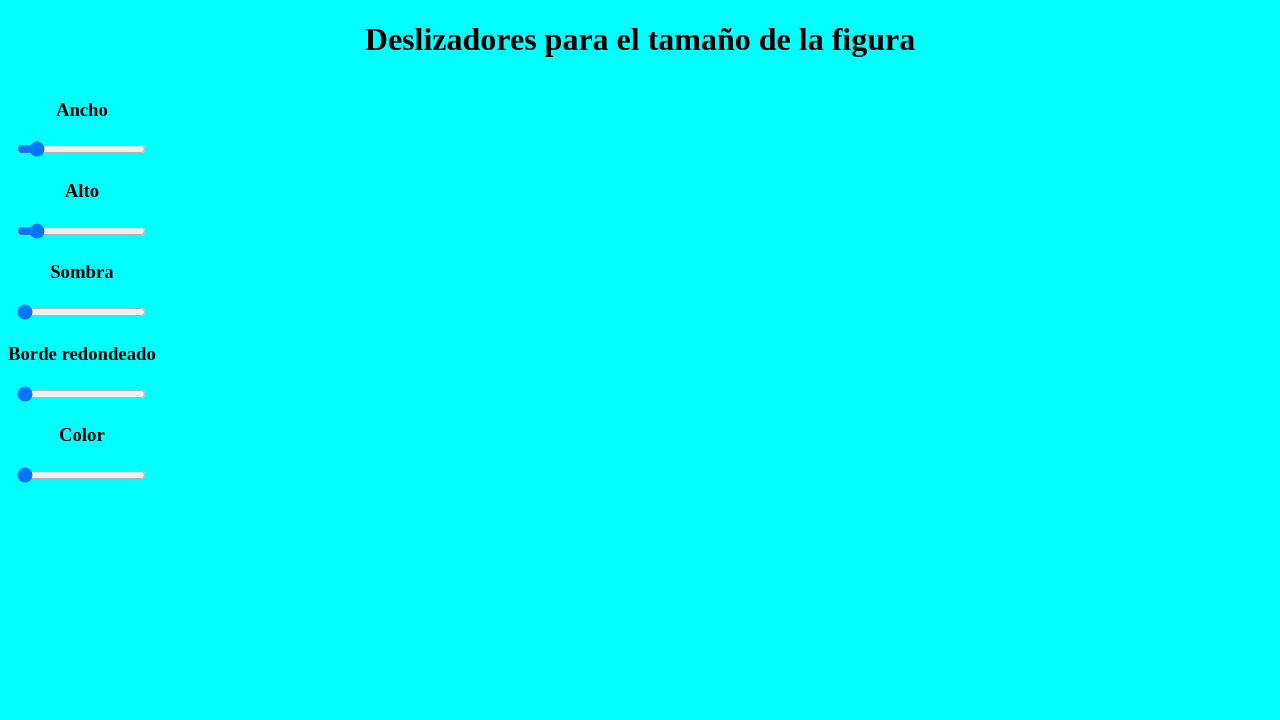
Repository: Kevin8548/Ejercicios-DOM
Page: Deslizador.html
These files come from the project's save history. The page is drawn as it stood at one moment and after the next save; the edit follows.
The browser window is 1280 px wide. The pictures show the whole page.

Above is the page before, as saved 2024-10-09 00:33:33.

### Deslizador.html
<!DOCTYPE html>
<html lang="es">
<head>
    <meta charset="UTF-8">
    <meta name="viewport" content="width=device-width, initial-scale=1.0">
    <title>Deslizadores</title>
    <link rel="stylesheet" href="deslizadores.css">
</head>
<body>
    <h1>Deslizadores para el tamaño de la figura</h1>
    <div class="si">
        <h3>Ancho</h3>
        <input type="range" id="sliderAncho" min="0" max="1000" value="100" step="1">
        <h3>Alto</h3>
        <input type="range" id="sliderAlto" min="0" max="1000" value="100" step="1">
        <h3>Sombra</h3>
        <input type="range" id="sliderSombra" min="0" max="500" value="0" step="1">
        <h3>Borde redondeado</h3>
        <input type="range" id="sliderEsquina" min="0" max="50" value="0" step="1">
        <h3>Color</h3>
        <input type="range" id="sliderColor" min="0" max="360" value="0" step="1">


    </div>
    <div class="div"></div>

    <script src="./colorsbg/deslizador.js"></script>
</body>
</html>

### deslizadores.css
body {
    background-color: aqua;
    text-align: center;
}

.div {
    width: 100px;
    height: 100px;

    margin: 0 auto;
}

.si{
    float:left

}

### colorsbg/deslizador.js
const sliderAncho = document.getElementById('sliderAncho');
const sliderAlto = document.getElementById('sliderAlto');
const sliderBorde = document.getElementById('sliderBorde');
const sliderSombra = document.getElementById('sliderSombra');
const sliderEsquina = document.getElementById('sliderEsquina');
const sliderColor = document.getElementById('sliderColor');
const div = document.querySelector('.div');

sliderAncho.addEventListener('input', function() {
    const nuevoAncho = sliderAncho.value + 'px';
    div.style.width = nuevoAncho;
});

sliderAlto.addEventListener('input', function() {
    const nuevoAlto = sliderAlto.value + 'px';
    div.style.height = nuevoAlto;
});

sliderSombra.addEventListener('input', function() {
    const sombra = sliderSombra.value + 'px';
    div.style.boxShadow = `0 0 ${sombra} rgba(0, 0, 0, 100)`;
});

sliderEsquina.addEventListener('input', function() {
    div.style.borderRadius = `${sliderEsquina.value}px`;

    sliderColor.addEventListener('input', () => {
        div.style.backgroundColor = `hsl(${sliderColor.value}, 100%, 50%)`;
    });
});

After the next save:
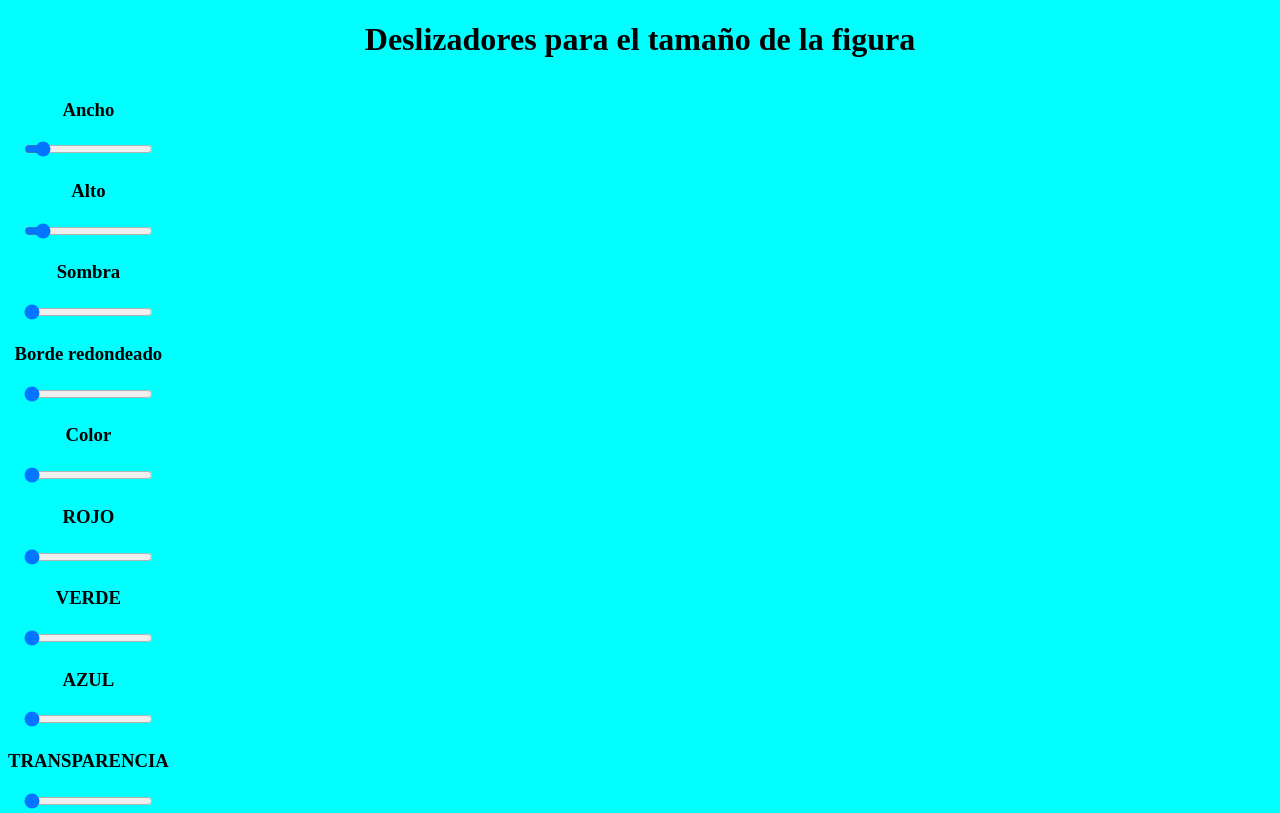
Saved 32 s later.
--- a/Deslizador.html
+++ b/Deslizador.html
@@ -20,7 +20,18 @@
         <h3>Color</h3>
         <input type="range" id="sliderColor" min="0" max="360" value="0" step="1">
 
-
+    <h3>ROJO</h3>
+    <input type="range" id="Rojo" min="0" max="255" value="0" step="1" oninput="nuevoColor()">
+    <span id="RojoValue"></span>
+    <h3>VERDE</h3>
+    <input type="range" id="Verde" min="0" max="255" value="0" step="1" oninput="nuevoColor()">
+    <span id="VerdeValue"></span>
+    <h3>AZUL</h3>
+    <input type="range" id="Azul" min="0" max="255" value="0" step="1" oninput="nuevoColor()">
+    <span id="AzulValue"></span>
+    <h3>TRANSPARENCIA</h3>
+    <input type="range" id="Transparencia" min="0" max="1" value="0" step="0.01" oninput="nuevoColor()">
+    <span id="TransparenciaValue"></span>
     </div>
     <div class="div"></div>
 

After the save that followed:
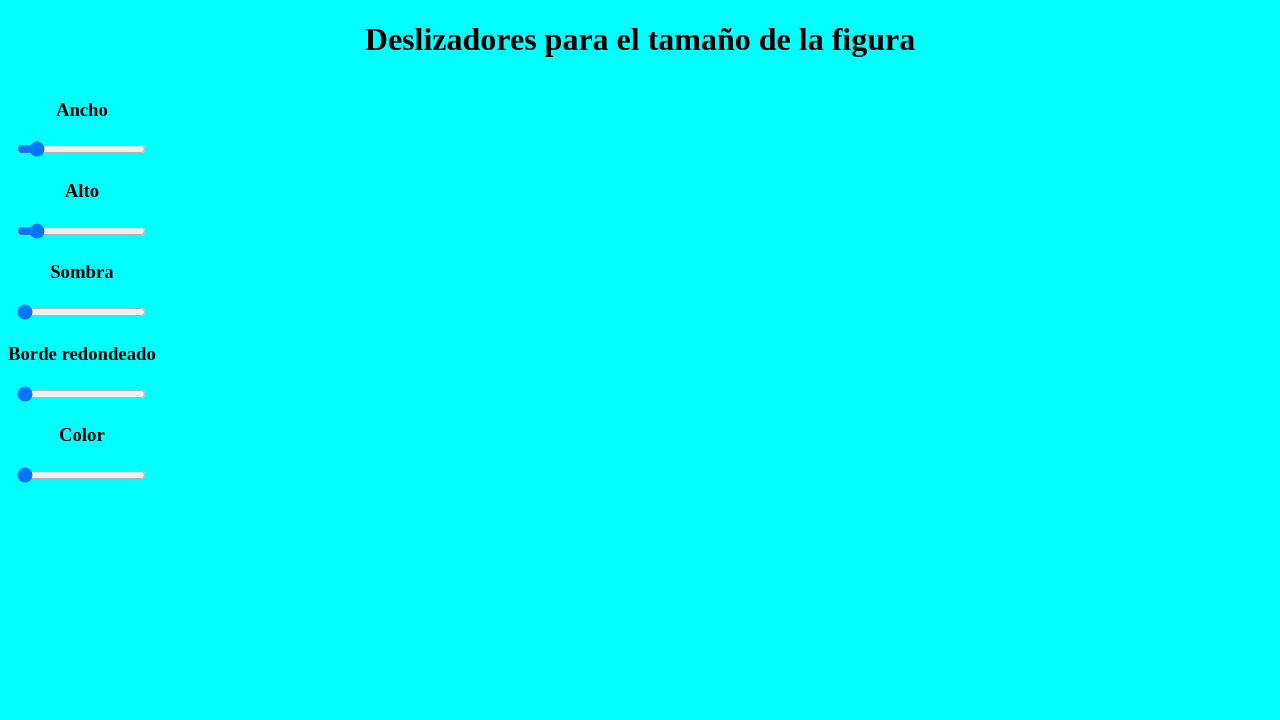
Saved 9 s later.
--- a/Deslizador.html
+++ b/Deslizador.html
@@ -20,18 +20,7 @@
         <h3>Color</h3>
         <input type="range" id="sliderColor" min="0" max="360" value="0" step="1">
 
-    <h3>ROJO</h3>
-    <input type="range" id="Rojo" min="0" max="255" value="0" step="1" oninput="nuevoColor()">
-    <span id="RojoValue"></span>
-    <h3>VERDE</h3>
-    <input type="range" id="Verde" min="0" max="255" value="0" step="1" oninput="nuevoColor()">
-    <span id="VerdeValue"></span>
-    <h3>AZUL</h3>
-    <input type="range" id="Azul" min="0" max="255" value="0" step="1" oninput="nuevoColor()">
-    <span id="AzulValue"></span>
-    <h3>TRANSPARENCIA</h3>
-    <input type="range" id="Transparencia" min="0" max="1" value="0" step="0.01" oninput="nuevoColor()">
-    <span id="TransparenciaValue"></span>
+
     </div>
     <div class="div"></div>
 
